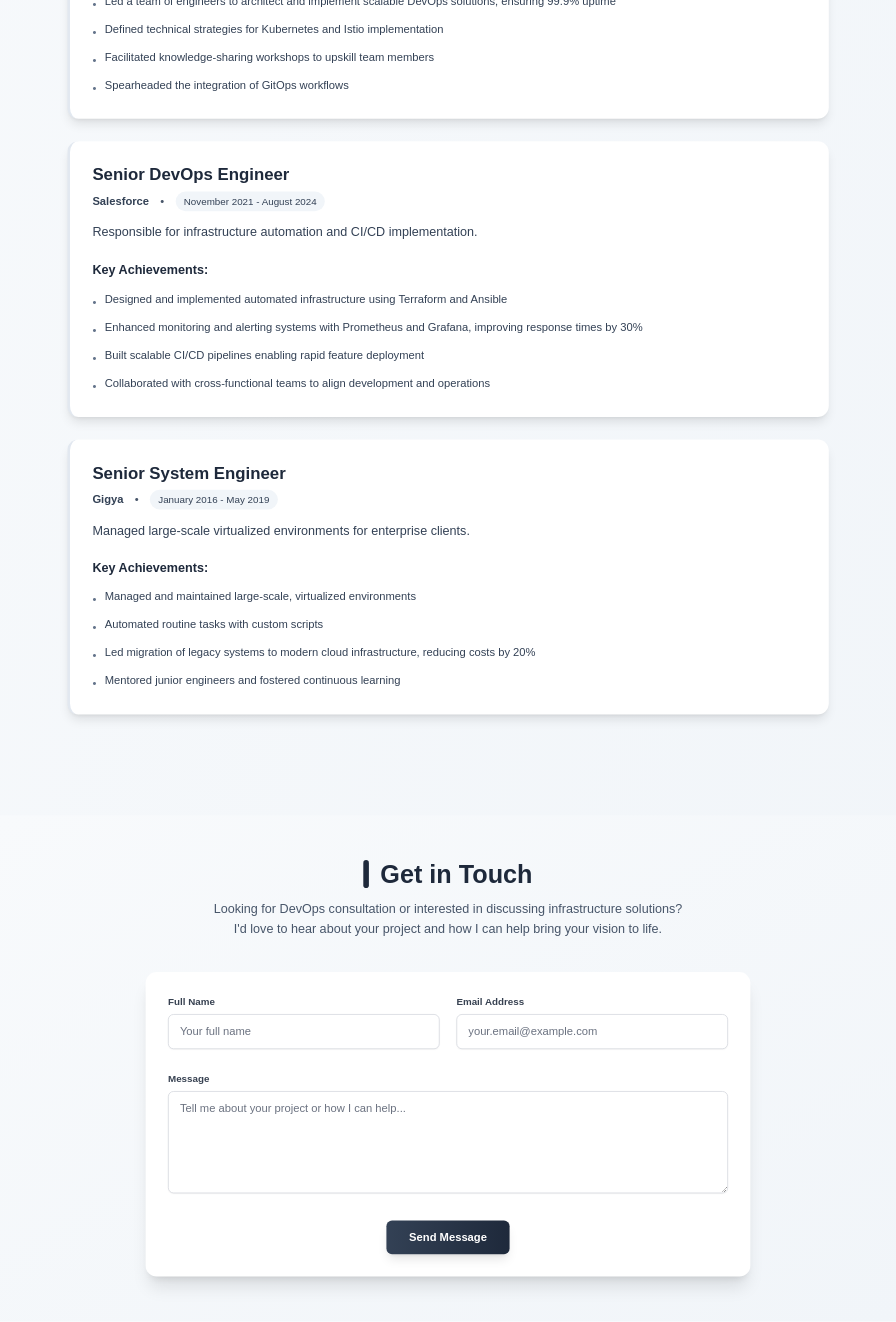
Repository: amanz81/cv
Page: /
These files come from the project's save history. The page is drawn as it stood at one moment and after the next save; the edit follows.
The browser window is 1280 px wide. The pictures show the part of the page from y = 2054 to 3974 px (the page is 3942 px tall before and 3974 px after), at 70% of full size.
The project was rebuilt for these pictures with package versions that can differ from the ones it lists, and the page was loaded fresh each time. The framework's server and built-in components were replaced by stand-ins that run in the browser. Also part of the build but not shown: next.config.js, next.config.ts.

Above is the page before, as saved 2025-10-07 21:58:07.

After the next save:
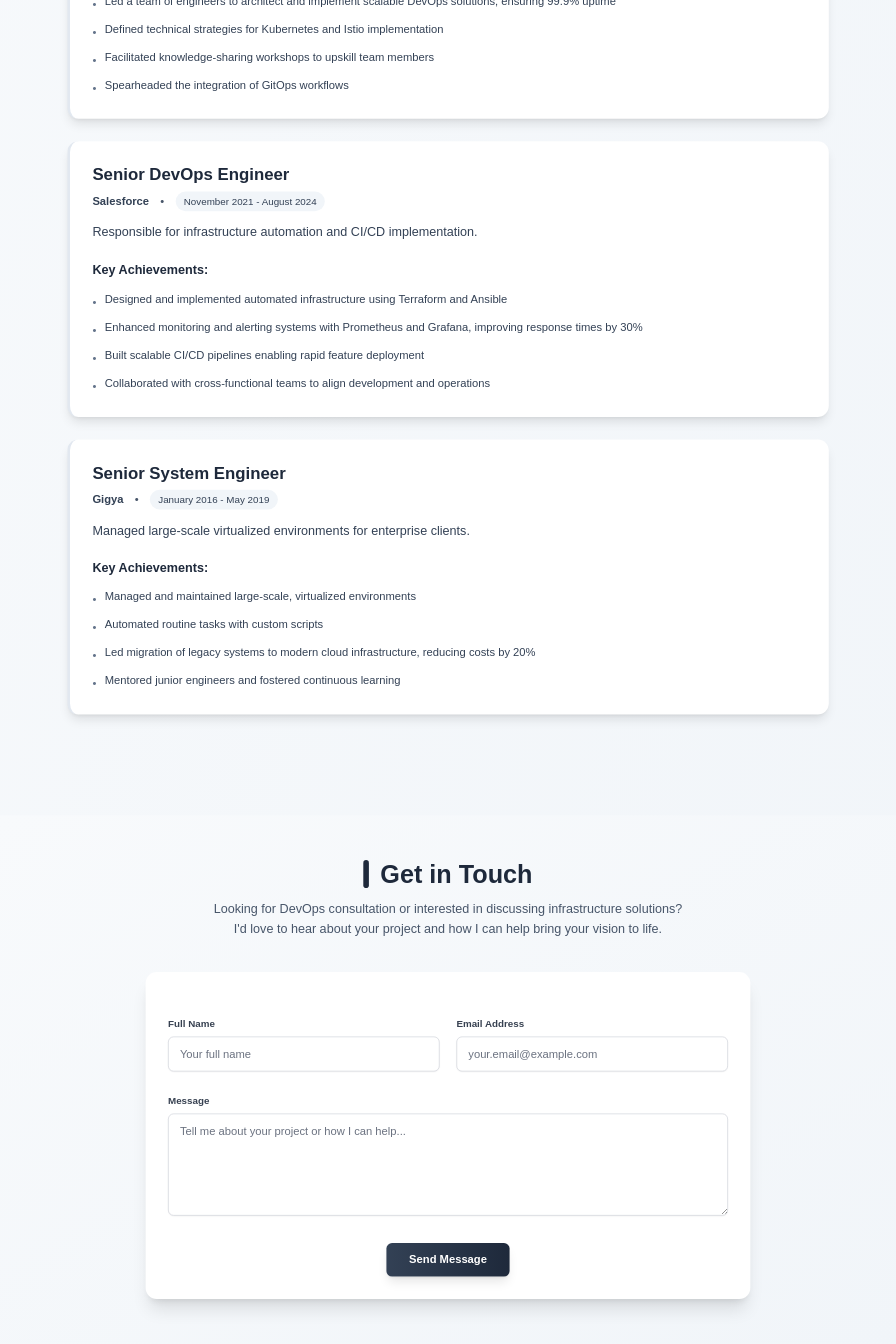
Saved 42 s later.
--- a/src/components/ContactForm.tsx
+++ b/src/components/ContactForm.tsx
@@ -64,7 +64,21 @@ const ContactForm = () => {
           </p>
         </div>
         <div className="bg-white rounded-2xl shadow-xl p-8">
-          <form onSubmit={handleSubmit} className="space-y-8">
+          <form
+            name="contact"
+            method="POST"
+            data-netlify="true"
+            data-netlify-honeypot="bot-field"
+            onSubmit={handleSubmit}
+            className="space-y-8"
+          >
+            {/* Hidden field for Netlify */}
+            <input type="hidden" name="form-name" value="contact" />
+            <div style={{ display: 'none' }}>
+              <label>
+                Don't fill this out if you're human: <input name="bot-field" />
+              </label>
+            </div>
             <div className="grid md:grid-cols-2 gap-6">
               <div>
                 <label htmlFor="name" className="block text-sm font-semibold text-gray-700 mb-2">
